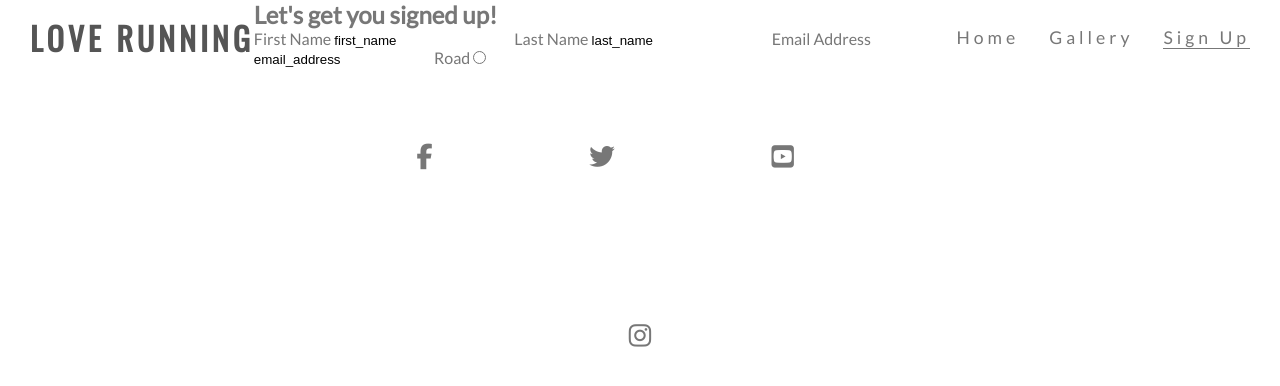
Repository: Baal89/love-running
Page: signup.html
The author's editor kept a record of every edit. The page is drawn from the files as they stood at one moment, then again after the next edit.
The browser window is 1280 px wide. The pictures show the whole page.
Some web libraries are served in a nearby version.

Above is the page before.

After the next edit:
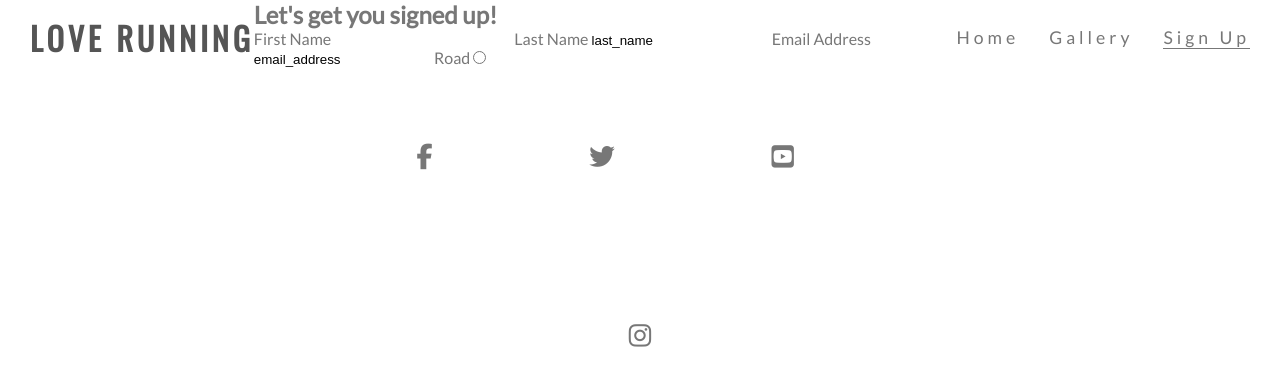
The edit:
--- a/signup.html
+++ b/signup.html
@@ -27,7 +27,7 @@
         <form method="POST" value="https://formdump.codeinstitute.net/">
             <h2>Let's get you signed up!</h2>
             <label for="fname">First Name</label>
-            <input name="name" id="fname" type="text" value="first_name" required>
+            <input name="first_name" id="fname" type="text" required>
             <label for="lname">Last Name</label>
             <input name="name" id="lname" type="text" value="last_name" required>
             <label for="email">Email Address</label>
